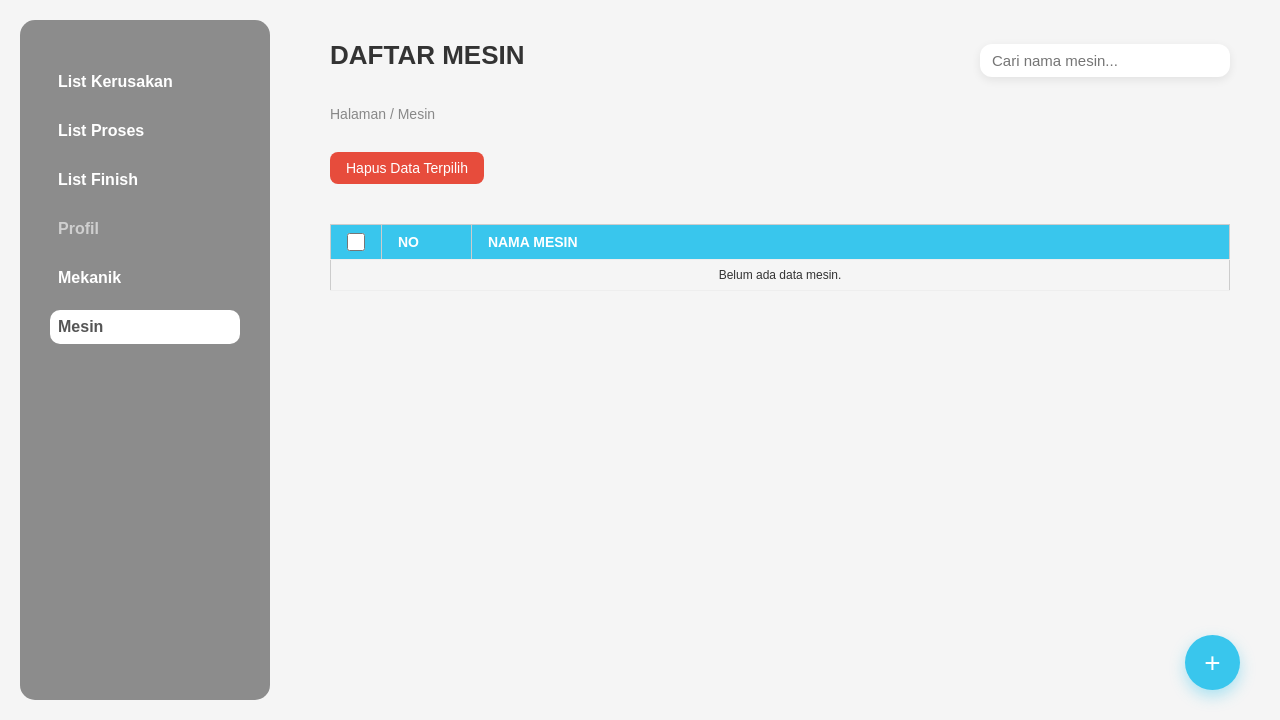
Repository: 1rHub/maintenance
Page: http://localhost/mesin.php
An editor plug-in stored every save of this project. The page is shown before and after the next save, followed by the edit.
The browser window is 1280 px wide. The pictures show the whole page.
The page is run by PHP 8.4 with error messages shown; the project is at /var/www/html/. Queries for data that is not in the repository find no rows.

Above is the page before, as saved 2025-10-21 15:11:31.

### mesin.php
<?php
include "koneksi.php";
include "sidebar.php";

// === Tambah Mesin ===
if ($_SERVER["REQUEST_METHOD"] === "POST" && isset($_POST["tambah_mesin"])) {
    $nama = trim($_POST["nama_mesin"]);
    if ($nama !== "") {
        mysqli_query($conn, "INSERT INTO mesin (nama_mesin) VALUES ('$nama')");
    }
    header("Location: mesin.php");
    exit;
}

// === Hapus Mesin (multi delete) ===
if ($_SERVER["REQUEST_METHOD"] === "POST" && isset($_POST["hapus_laporan"])) {
    if (!empty($_POST["selected_id"])) {
        $ids = implode(",", array_map('intval', $_POST["selected_id"]));
        mysqli_query($conn, "DELETE FROM mesin WHERE id IN ($ids)");
    }
    header("Location: mesin.php");
    exit;
}

// === Ambil Semua Mesin ===
$result = mysqli_query($conn, "SELECT * FROM mesin ORDER BY id ASC");
$mesin_list = mysqli_fetch_all($result, MYSQLI_ASSOC);
?>
<!DOCTYPE html>
<html lang="id">

<head>
    <meta charset="UTF-8">
    <title>Data Mesin</title>
    <link rel="stylesheet" href="assets/css/style.css">
    <style>
        body {
            font-family: 'Poppins', sans-serif;
        }

        /* === MAIN CONTAINER === */
        .main-container {
            margin-left: 30px;
            padding: 40px 10px 80px;
            overflow-x: hidden;
        }

        #mesinTable {
            width: 100%;
            min-width: 900px;
            table-layout: auto;
        }

        .header-row {
            display: flex;
            align-items: center;
            justify-content: space-between;
            margin-bottom: 25px;
        }

        h1 {
            font-size: 26px;
            font-weight: 700;
            color: #333;
            margin: 0;
            margin-bottom: 10px;
        }

        .breadcrumb {
            color: #888;
            font-size: 14px;
            margin-bottom: 30px;
        }

        /* === SEARCH BOX === */
        .search-box {
            display: flex;
            align-items: center;
            background: #fff;
            border-radius: 12px;
            box-shadow: 0 3px 10px rgba(0, 0, 0, 0.08);
            padding: 8px 12px;
            width: 250px;
        }

        .search-box input {
            flex: 1;
            border: none;
            outline: none;
            background: transparent;
            font-size: 15px;
        }

        .table {
            width: 100%;
            border-collapse: collapse;
            table-layout: fixed;
            min-width: 700px;
        }

        th,
        td {
            padding: 8px 16px;
            border-bottom: 1px solid #eee;
        }

        th {
            background: #39c6ed;
            color: white;
            text-transform: uppercase;
            font-size: 14px;
        }

        td {
            color: #333;
            font-weight: 500;
        }

        /* === CHECKBOX === */
        input[type="checkbox"] {
            width: 18px;
            height: 18px;
            cursor: pointer;
        }

        /* === BUTTON HAPUS DI LUAR TABEL === */
        .hapus-btn {
            background: #e74c3c;
            color: #fff;
            border: none;
            padding: 8px 16px;
            border-radius: 8px;
            font-size: 14px;
            cursor: pointer;
            transition: 0.2s;
            margin-bottom: 20px;
        }

        .hapus-btn:hover {
            background: #c0392b;
            transform: scale(1.05);
        }

        /* === FLOATING ADD BUTTON === */
        .float-btn {
            position: fixed;
            bottom: 30px;
            right: 40px;
            background-color: #39c6ed;
            color: #fff;
            font-size: 28px;
            width: 55px;
            height: 55px;
            border-radius: 50%;
            border: none;
            box-shadow: 0 6px 15px rgba(57, 198, 237, 0.4);
            cursor: pointer;
            transition: 0.3s ease;
        }

        .float-btn:hover {
            background-color: #2da8cf;
            transform: scale(1.1);
        }

        .popup {
            display: none;
            position: fixed;
            top: 0;
            left: 0;
            width: 100%;
            height: 100%;
            background: rgba(0, 0, 0, 0.4);
            justify-content: center;
            align-items: center;
            z-index: 999;
        }

        .popup-content {
            background: #fff;
            border-radius: 12px;
            padding: 20px 30px;
            box-shadow: 0 5px 15px rgba(0, 0, 0, 0.2);
            animation: fadeIn 0.2s ease;
        }

        .close-btn2 {
            float: right;
            font-size: 22px;
            cursor: pointer;
        }

        .popup-content form input[type="text"] {
            width: 100%;
            padding: 10px;
            margin-bottom: 12px;
            border: 1px solid #ccc;
            border-radius: 6px;
        }

        .popup-content button {
            background: #39c6ed;
            color: #fff;
            border: none;
            padding: 8px 16px;
            border-radius: 6px;
            cursor: pointer;
        }

        .popup-content button:hover {
            background: #2da8cf;
        }

        /* === POPUP TAMBAH MESIN === */
        #popupTambah .popup-content {
            width: 400px;
            max-width: 90%;
        }

        /* === POPUP RIWAYAT MESIN === */
        #popupRiwayatMesin .popup-content {
            width: 90%;
            max-width: 1100px;
            /* bisa kamu ubah ke 1000–1200px sesuai selera */
            overflow-x: auto;
            max-height: 85vh;
        }

        #popupRiwayatMesin table {
            width: 100%;
            border-collapse: collapse;
            margin-top: 10px;
        }

        #popupRiwayatMesin th,
        #popupRiwayatMesin td {
            padding: 8px 10px;
            border-bottom: 1px solid #eee;
            text-align: left;
        }

        #popupRiwayatMesin th {
            background: #39c6ed;
            color: #fff;
            font-size: 14px;
            text-transform: uppercase;
        }
    </style>
</head>

<body>
    <div class="main-container">

        <!-- === HEADER ROW === -->
        <div class="header-row">
            <h1>DAFTAR MESIN</h1>
            <div class="search-box">
                <input type="text" id="searchMesin" placeholder="Cari nama mesin...">
            </div>
        </div>
        <p class="breadcrumb">Halaman / Mesin</p>

        <!-- === BUTTON HAPUS DI LUAR TABEL === -->
        <form method="POST" id="formHapus">
            <button type="button" class="hapus-btn" onclick="showHapusPopup()">Hapus Data Terpilih</button>

            <div class="table-wrapper">
                <table id="mesinTable" class="table">
                    <thead>
                        <tr>
                            <th style="width:5%; text-align:center;"><input type="checkbox" id="selectAll"></th>
                            <th style="width:10%;">No</th>
                            <th>Nama Mesin</th>
                        </tr>
                    </thead>
                    <tbody>
                        <?php if (count($mesin_list) > 0): ?>
                            <?php $no = 1;
                            foreach ($mesin_list as $m): ?>
                                <tr class="data-row">
                                    <td style="text-align:center;">
                                        <input type="checkbox" name="selected_id[]" value="<?= $m['id'] ?>">
                                    </td>
                                    <td><?= $no++ ?></td>
                                    <td>
                                        <a href="#" onclick="openRiwayatMesin('<?= htmlspecialchars($m['nama_mesin']) ?>')">
                                            <?= htmlspecialchars($m['nama_mesin']) ?>
                                        </a>
                                    </td>
                                </tr>
                            <?php endforeach; ?>
                        <?php else: ?>
                            <tr>
                                <td colspan="3" style="text-align:center;">Belum ada data mesin.</td>
                            </tr>
                        <?php endif; ?>
                    </tbody>
                </table>
            </div>
        </form>

    </div>

    <!-- ➕ Floating Add Button -->
    <button class="float-btn" onclick="openTambahPopup()">+</button>

    <!-- === POPUP TAMBAH (SAMA SEPERTI KODEMU) === -->
    <div class="popup" id="popupTambah">
        <div class="popup-content">
            <span class="close-btn2" onclick="closeTambahPopup()">&times;</span>
            <h2>Tambah Mesin Baru</h2>
            <form method="POST">
                <input type="text" name="nama_mesin" placeholder="Nama mesin baru" required>
                <button type="submit" name="tambah_mesin">Tambah</button>
            </form>
        </div>
    </div>

    <!-- === POPUP RIWAYAT (SAMA SEPERTI KODEMU) === -->
    <div class="popup" id="popupRiwayatMesin">
        <div class="popup-content" style="max-width:900px;">
            <span class="close-btn2" onclick="closeRiwayatMesin()">&times;</span>
            <h2 id="riwayatMesinTitle">Riwayat Mesin</h2>
            <table>
                <thead>
                    <tr>
                        <th>Tanggal</th>
                        <th>Pelapor</th>
                        <th>Divisi</th>
                        <th>Keterangan</th>
                        <th>Mekanik</th>
                        <th>Pesan Mekanik</th>
                        <th>Kategori</th>
                    </tr>
                </thead>
                <tbody id="riwayatMesinTable">
                    <tr>
                        <td colspan="7" style="text-align:center;">Pilih mesin untuk melihat riwayat.</td>
                    </tr>
                </tbody>
            </table>
        </div>
    </div>

    <!-- === POPUP KONFIRMASI HAPUS === -->
    <div class="popup" id="popupHapus">
        <div class="popup-content" style="width:380px; text-align:center;">
            <h3 style="margin-bottom:15px;">Konfirmasi Hapus</h3>
            <p style="color:#555; margin-bottom:25px;">Apakah kamu yakin ingin menghapus data mesin terpilih?</p>
            <div style="display:flex; justify-content:center; gap:15px;">
                <button onclick="closeHapusPopup()"
                    style="background:#ccc; border:none; color:#333; padding:8px 14px; border-radius:6px; cursor:pointer;">Batal</button>
                <button id="btnHapusYa"
                    style="background:#e74c3c; border:none; color:white; padding:8px 14px; border-radius:6px; cursor:pointer;">Ya,
                    Hapus</button>
            </div>
        </div>
    </div>


    <script>
        // === SELECT ALL CHECKBOX ===
        document.getElementById('selectAll').addEventListener('change', function () {
            const checkboxes = document.querySelectorAll('input[name="selected_id[]"]');
            checkboxes.forEach(cb => cb.checked = this.checked);
        });

        // === LIVE SEARCH ===
        document.getElementById('searchMesin').addEventListener('input', function () {
            const query = this.value.toLowerCase();
            const rows = document.querySelectorAll('#mesinTable tbody tr.data-row');
            let visible = 0;
            rows.forEach(row => {
                const nama = row.cells[2].textContent.toLowerCase();
                if (nama.includes(query)) {
                    row.style.display = '';
                    visible++;
                } else {
                    row.style.display = 'none';
                }
            });

            const tbody = document.querySelector('#mesinTable tbody');
            let emptyRow = document.getElementById('noResultRow');
            if (visible === 0) {
                if (!emptyRow) {
                    emptyRow = document.createElement('tr');
                    emptyRow.id = 'noResultRow';
                    emptyRow.innerHTML = `<td colspan="3" style="text-align:center; height:60px; color:#888;">Tidak ada mesin yang cocok.</td>`;
                    tbody.appendChild(emptyRow);
                }
            } else if (emptyRow) {
                emptyRow.remove();
            }
        });

        // === POPUP TAMBAH MESIN ===
        function openTambahPopup() {
            document.getElementById('popupTambah').style.display = 'flex';
        }

        function closeTambahPopup() {
            document.getElementById('popupTambah').style.display = 'none';
        }

        // === POPUP RIWAYAT MESIN ===
        function openRiwayatMesin(nama) {
            document.getElementById('riwayatMesinTitle').textContent = "Riwayat Mesin: " + nama;
            document.getElementById('popupRiwayatMesin').style.display = 'flex';
        }

        function closeRiwayatMesin() {
            document.getElementById('popupRiwayatMesin').style.display = 'none';
        }

        // === POPUP VALIDASI HAPUS ===
        function showHapusPopup() {
            const checkboxes = document.querySelectorAll('input[name="selected_id[]"]:checked');
            if (checkboxes.length === 0) {
                alert("Pilih minimal satu data mesin untuk dihapus.");
                return;
            }
            document.getElementById('popupHapus').style.display = 'flex';
        }

        function closeHapusPopup() {
            document.getElementById('popupHapus').style.display = 'none';
        }

        document.getElementById('btnHapusYa').addEventListener('click', function () {
            document.getElementById('formHapus').submit();
        });

    </script>

</body>

</html>

### koneksi.php
<?php
$host = "localhost";
$user = "root";
$pass = "";
$db   = "db_laporan";

$conn = new mysqli($host, $user, $pass, $db);

if ($conn->connect_error) {
    die("Koneksi gagal: " . $conn->connect_error);
}
?>

### sidebar.php
<?php

$current_page = basename($_SERVER['PHP_SELF']);
?>

<head>
    <link rel="stylesheet" href="assets/css/style.css">
</head>
<div class="sidebar">
    <ul class="menu">
        <li>
            <a href="dashboard_laporan.php" class="<?= $current_page == 'dashboard_laporan.php' ? 'active' : '' ?>">
                List Kerusakan
            </a>
        </li>
        <li>
            <a href="list_proses.php" class="<?= $current_page == 'list_proses.php' ? 'active' : '' ?>">
                List Proses
            </a>
        </li>
        <li>
            <a href="list_finish.php" class="<?= $current_page == 'list_finish.php' ? 'active' : '' ?>">
                List Finish
            </a>
        </li>
        <li>
            <a href="#" class="disabled">Profil</a>
        </li>
        <li>
            <a href="mekanik.php" class="<?= $current_page == 'mekanik.php' ? 'active' : '' ?>">
                Mekanik
            </a>
        </li>
        <li>
            <a href="mesin.php" class="<?= $current_page == 'mesin.php' ? 'active' : '' ?>">
                Mesin
            </a>
        </li>
    </ul>
    <?php if ($current_page == 'dashboard_laporan.php'): ?>
        <button class="register-btn" onclick="openPopup()">Registrasi Laporan</button>
    <?php endif; ?>
</div>

### assets/css/style.css
* {
	margin: 0;
	padding: 0;
	box-sizing: border-box;
}

body {
	font-family: -apple-system, BlinkMacSystemFont, 'Segoe UI', Roboto, Oxygen, Ubuntu, Cantarell, sans-serif;
	background-color: #f5f5f5;
	display: flex;
	height: 100vh;
}

.sidebar {
	width: 250px;
	background-color: #8c8c8c;
	padding: 30px;
	display: flex;
	flex-direction: column;
	justify-content: space-between;
	border-radius: 15px;
	margin: 20px;
}

.menu {
	list-style: none;
}

.menu li {
	margin: 15px 0;
}

.menu a {
	text-decoration: none;
	font-weight: bold;
	font-size: 16px;
	color: white;
	display: block;
	padding: 8px 8px;
	border-radius: 10px;
}

.menu a.active {
	background-color: white;
	color: #555;
}

.menu a.disabled {
	color: #cfcfcf;
	pointer-events: none;
}

.register-btn {
	background-color: white;
	border: none;
	padding: 10px;
	border-radius: 10px;
	font-weight: bold;
	cursor: pointer;
}

.main-content {
	flex: 1;
	padding: 40px;
}

.main-content h1 {
	font-size: 28px;
	font-weight: bold;
}

.main-content2 {
	margin-bottom: 38px;
}

.breadcrumb {
	margin-top: 5px;
	color: gray;
}

 /* silang pada Detail Laporan */
.popup {
  display: none;
  position: fixed;
  top: 0; left: 0;
  width: 100%;
  height: 100%;
  background: rgba(0,0,0,0.5);
  justify-content: center;
  align-items: center;
  z-index: 1000;
}

.popup-content {
  background: #fff;
  padding: 20px;
  border-radius: 12px;
  width: 400px;
  position: relative;
}

.close-btn {
	float: right;
    position: absolute;
    top: 40px;
    right: 40px;
    font-weight: bold;
	font-size: 25px;
    color: #909090;
    cursor: pointer;
    z-index: 10000; /* pastikan di atas semua isi popup */
}

.close-btn:hover {
    color: #000;
}

.popup-content h2 {
	margin-bottom: 15px;
}

.popup-content label {
	display: block;
	margin-top: 10px;
	font-weight: bold;
}

.popup-content input,
.popup-content select,
.popup-content textarea {
	width: 100%;
	padding: 8px;
	margin-top: 5px;
	border-radius: 5px;
	border: 1px solid #ccc;
}

.popup-content button {
	margin-top: 15px;
	padding: 10px;
	border: none;
	border-radius: 8px;
	background: #8c8c8c;
	color: white;
	font-weight: bold;
	cursor: pointer;
}

.hapus-float-btn {
	position: fixed;
	bottom: 25px;
	right: 25px;
	background-color: #e74c3c;
	color: white;
	padding: 12px 18px;
	border: none;
	border-radius: 8px;
	cursor: pointer;
	font-size: 15px;
	box-shadow: 0 4px 12px rgba(0, 0, 0, 0.2);
	transition: all 0.25s ease;
	z-index: 1000;
}

.hapus-float-btn:hover {
	background-color: #c0392b;
	transform: scale(1.05);
}

table {
	font-size: 12px;
	margin-top: 20px;
	width: 100%;
	border-collapse: collapse;
}

table thead {
	background: #39c6ed;
}

table,
th,
td {
	border: 1px solid #ccc;
}

th,
td {
	padding: 10px;
	text-align: left;
}

.filter {
	display: flex;
	align-items: center;
	gap: 15px;
	margin-top: 20px;
	margin-bottom: 15px;
}

.filter label {
	font-weight: bold;
}

.filter input[type="date"],
.filter select {
	padding: 5px 10px;
	border: 1px solid #ccc;
	border-radius: 6px;
	cursor: pointer;
}

.filter button {
	background-color: #39c6ed;
	color: white;
	border: none;
	border-radius: 6px;
	padding: 6px 12px;
	cursor: pointer;
	transition: 0.2s;
}

.filter button:hover {
	background-color: #666;
}

.success {
	color: green;
	font-weight: bold;
	margin-top: 10px;
}

.warning {

	color: #ff0000;
	font-weight: bold;
	margin-top: 10px;
}

.kategori {
	font-weight: bold;
	padding: 6px;
	border-radius: 6px;
	color: #fff;
	text-align: center;
}

.kategori.biasa {
	display: list-item;
	margin-top: 3px;
	color: #29b513;

}

.kategori.sedang {
	display: list-item;
	margin-top: 3px;
	color: #efae15;
}

.kategori.urgent {
	display: list-item;
	margin-top: 3px;
	color: #e74c3c;
}

#laporanTable a {
	color: inherit;
	text-decoration: none;
	cursor: pointer;
}

@keyframes fadeIn {
	from {
		opacity: 0;
		transform: scale(0.9);
	}

	to {
		opacity: 1;
		transform: scale(1);
	}
}

a {
	color: inherit;
	text-decoration: none;
}

a:hover {
	text-decoration: underline;
}

.mekanik-list {
	display: flex;
	flex-direction: column;
	gap: 8px;
	margin-top: 10px;
}

.mekanik-item {
	display: flex;
	align-items: center;
	gap: 10px;
}

.mekanik-item label {
	font-weight: 400;
	color: #000000;
	cursor: pointer;
}

.mekanik-item input[type="checkbox"] {
	width: 18px;
	height: 18px;
	accent-color: #555;
	cursor: pointer;
}

.header-container {
	display: flex;
	justify-content: space-between;
	align-items: center;
}

.menu-opsi {
	position: relative;
	display: inline-block;
}

.menu-btn {
	background: none;
	border: none;
	font-size: 22px;
	cursor: pointer;
	padding: 5px;
	color: #333;
}

.dropdown-menu {
	display: none;
	position: absolute;
	right: 0;
	top: 30px;
	background-color: white;
	border: 1px solid #ddd;
	border-radius: 6px;
	box-shadow: 0 5px 15px rgba(0, 0, 0, 0.1);
	z-index: 100;
	width: 180px;
}

.dropdown-menu button {
	width: 100%;
	border: none;
	background: none;
	padding: 10px;
	text-align: left;
	cursor: pointer;
	font-size: 14px;
}

.dropdown-menu button:hover {
	background-color: #f0f0f0;
}

.status.ditunda {
	font-style: italic;
}

.temp-alert {
	position: fixed;
	top: 80px;
	right: 30px;
	background-color: 1;
	color: #2c3e50;
	padding: 12px 20px;
	border-radius: 6px;
	box-shadow: 0 4px 10px rgba(0, 0, 0, 0.15);
	font-size: 14px;
	z-index: 2000;
	opacity: 1;
	transition: opacity 0.5s ease;
}

/* Warna untuk jenis alert berbeda */
.temp-alert.warning {
	color: rgb(255, 196, 0);
}

.temp-alert.success {
	background-color: #27ae60;
	color: white;
}

.temp-alert.error {
	background-color: #e74c3c;
	color: white;
}

.temp-alert.info {
	background-color: #3498db;
	color: white;
}

.laporan-header {
	text-align: center;
	margin-bottom: 20px;
}

.laporan-header img {
	width: 250px;
	height: auto;
	margin-bottom: 10px;
}

.laporan-header h2 {
	margin: 0;
	font-size: 15px;
	color: #333;
}

.filter {
	margin-bottom: 15px;
}

/* Sembunyikan elemen ini saat mencetak */
@media print {

	.filter,
	.menu-opsi,
	.sidebar {
		display: none !important;
	}

	.main-content {
		margin-left: 0;
	}
}

#noData {
	display: none;
	text-align: center;
	color: #000000ff;
	font-size: 12px;
	margin-top: 30px;
}

body { font-family: Arial, sans-serif; }
        .mekanik-container { margin-left: 220px; padding: 20px; }
        .mekanik-list {
            display: grid;
            grid-template-columns: repeat(auto-fill, minmax(220px, 1fr));
            gap: 16px;
            margin-top: 20px;
        }
        .mekanik-card {
            background: white;
            border-radius: 10px;
            box-shadow: 0 5px 15px rgba(0,0,0,0.1);
            padding: 16px;
            text-align: center;
            transition: 0.3s;
            cursor: pointer;
        }
        .mekanik-card:hover {
            background: #39c6ed;
            color: white;
            transform: translateY(-3px);
        }
        .editable {
            border: none;
            background: transparent;
            text-align: center;
            width: 100%;
            font-size: 16px;
            font-weight: 500;
            outline: none;
            cursor: pointer;
        }
        .float-btn {
            position: fixed;
            bottom: 25px;
            right: 25px;
            background: #39c6ed;
            color: white;
            border: none;
            border-radius: 50%;
            width: 55px;
            height: 55px;
            font-size: 28px;
            cursor: pointer;
            box-shadow: 0 5px 15px rgba(0,0,0,0.3);
        }
        .popup {
            display: none;
            position: fixed;
            top: 0; left: 0;
            width: 100%; height: 100%;
            background-color: rgba(0,0,0,0.4);
            justify-content: center;
            align-items: center;
            z-index: 999;
        }
        .popup-content {
            background: white;
            padding: 35px;
            border-radius: 10px;
            width: 550px;
            max-height: 85vh;
            overflow-y: auto;
            animation: fadeIn 0.3s ease;
        }
        @keyframes fadeIn {
            from { opacity: 0; transform: translateY(-10px); }
            to { opacity: 1; transform: translateY(0); }
        }
        .popup-content table {
            width: 100%;
            border-collapse: collapse;
        }
        .popup-content th, .popup-content td {
            border: 1px solid #ccc;
            padding: 8px;
            text-align: center;
        }
        .btn-row {
            margin-top: 20px;
            display: flex;
            justify-content: flex-end;
            gap: 10px;
        }
        .hapus-btn {
            background: #e74c3c !important;
            border: none;
            color: white;
            padding: 8px 16px;
            border-radius: 6px;
            cursor: pointer;
            font-size: 15px;
        }
        .edit-btn {
            background: #39c6ed !important;
            border: none;
            color: white;
            padding: 8px 16px;
            border-radius: 6px;
            cursor: pointer;
            font-size: 15px;
        }
        .close-btn { float: right; cursor: pointer; font-size: 20px; }
        #editNamaInput {
            display: none;
            width: 80%;
            padding: 6px;
            margin-top: 8px;
            border-radius: 5px;
            border: 1px solid #ccc;
            text-align: center;
        }

After the next save:
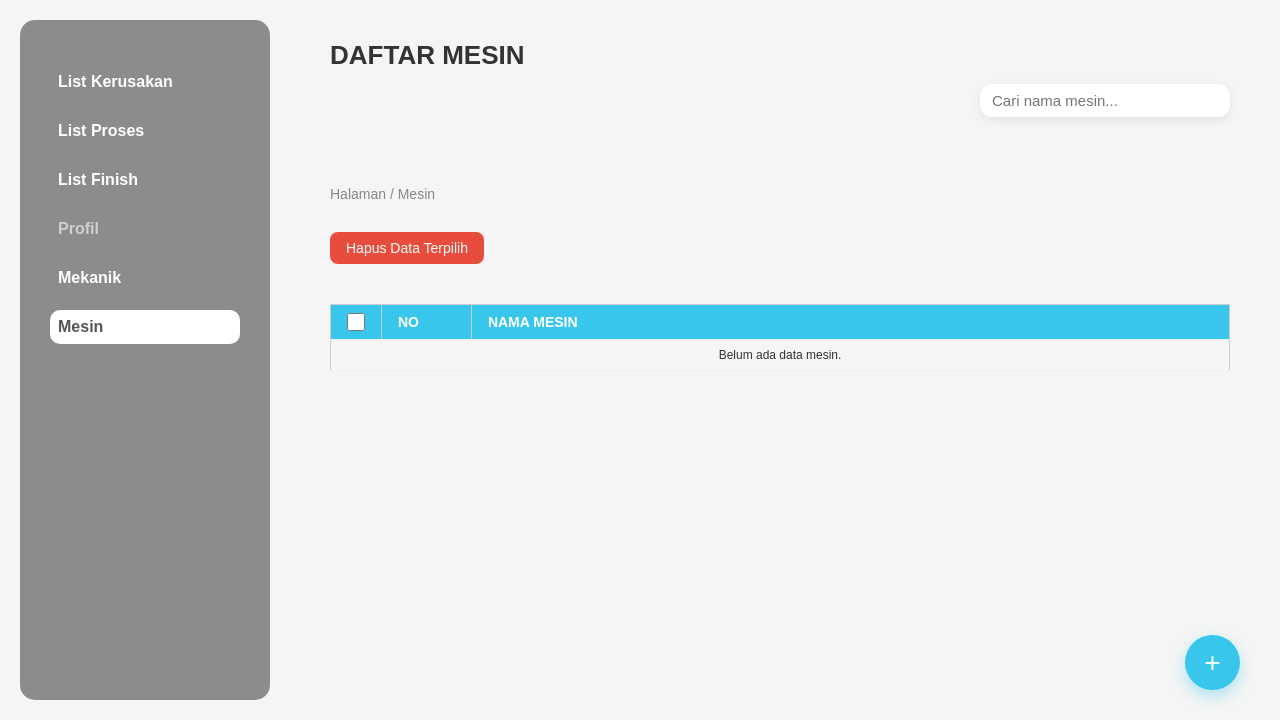
Saved 6 s later.
--- a/mesin.php
+++ b/mesin.php
@@ -63,7 +63,7 @@ $mesin_list = mysqli_fetch_all($result, MYSQLI_ASSOC);
             font-weight: 700;
             color: #333;
             margin: 0;
-            margin-bottom: 10px;
+            margin-bottom: 90px;
         }
 
         .breadcrumb {
